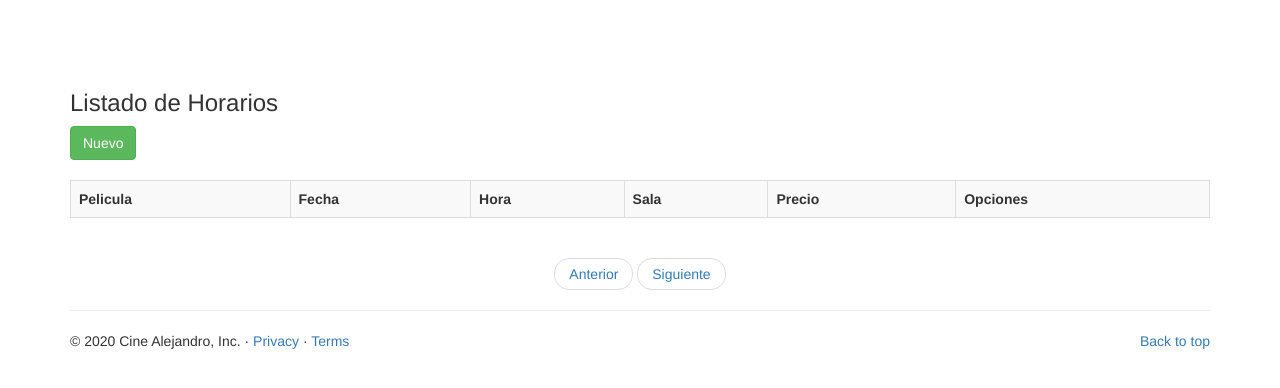
Repository: alejandroBravot/cineSpring
Page: http://localhost/cineapp/WEB-INF/views/horarios/listHorarios.jsp
The author's editor kept a copy of each file at every save. The page is drawn from the files as they stood at one save, then again after the next save.
The browser window is 1280 px wide. The pictures show the whole page.
The page is served by Tomcat 9. Nobody is signed in. Other server files are loaded and not shown. The template is opened directly, without the code that normally fills it, so the values that code supplies are empty.

Above is the page before, as saved 2020-03-30 17:27:59.

### cineapp/webapp/WEB-INF/views/horarios/listHorarios.jsp
<%@ page language="java" contentType="text/html; charset=ISO-8859-1"
	pageEncoding="ISO-8859-1"%>
<%@taglib uri="http://java.sun.com/jsp/jstl/core" prefix="c"%>
<%@taglib uri="http://java.sun.com/jsp/jstl/fmt" prefix="fmt"%>
<%@taglib uri="http://www.springframework.org/tags" prefix="spring"%>
<%@taglib uri="http://www.springframework.org/tags/form" prefix="form"%>
<!DOCTYPE html>
<html lang="en">
  <head>
    <meta charset="utf-8">
    <meta http-equiv="X-UA-Compatible" content="IE=edge">
    <meta name="viewport" content="width=device-width, initial-scale=1">
    <meta name="description" content="">
    <meta name="author" content="">
    <title>Listado de Horarios</title>
    <spring:url value="/resources" var="urlPublic"></spring:url>
    <spring:url value="/horarios" var="urlHorarios"/>
    <link href="${urlPublic}/bootstrap/css/bootstrap.min.css" rel="stylesheet">
    <link href="${urlPublic}/bootstrap/css/theme.css" rel="stylesheet">

  </head>

  <body>

  	<jsp:include page=""></jsp:include>

    <div class="container theme-showcase" role="main">

      <h3>Listado de Horarios</h3>

      <a href="${urlHorarios}/create" class="btn btn-success" role="button" title="Nueva Horario" >Nuevo</a><br><br>

      <div class="table-responsive">
        <table class="table table-hover table-striped table-bordered">
            <tr>
                <th>Pelicula</th>
                <th>Fecha</th>
                <th>Hora</th>
                <th>Sala</th>
                <th>Precio</th>
                <th>Opciones</th>
            </tr>
         	<c:forEach var="horario" items="${horarios.content}">
					<tr>
						<td>${horario.pelicula.titulo}</td>
						<td><fmt:formatDate pattern="dd-MM-yyyy" value="${horario.fecha}" /></td>
						<td>${horario.hora}</td>
						<td>${horario.sala} </td>
						<td>$${horario.precio}</td>
						<td>
							<a href="${urlHorarios}/edit/${horario.id}" class="btn btn-success btn-sm" role="button" title="Edit"><span class="glyphicon glyphicon-pencil"></span></a>
							<a href="${urlHorarios}/delete/${horario.id}" onclick='return confirm("¿Estas seguro?")' class="btn btn-danger btn-sm" role="button" title="Eliminar"><span class="glyphicon glyphicon-trash"></span></a>
						</td>
					</tr>
			</c:forEach>
        </table>
      </div>
      <nav aria-label="">
		  <ul class="pager">
		    <li><a href="${urlHorarios}/indexPaginate?page=${horarios.number - 1 }">Anterior</a></li>
		    <li><a href="${urlHorarios}/indexPaginate?page=${horarios.number + 1 }">Siguiente</a></li>
		  </ul>
		</nav>
      <hr class="featurette-divider">

      <jsp:include page="../includes/footer.jsp"></jsp:include>

    </div> <!-- /container -->

    <!-- Bootstrap core JavaScript
    ================================================== -->
    <!-- Placed at the end of the document so the pages load faster -->
    <script src="https://ajax.googleapis.com/ajax/libs/jquery/1.12.4/jquery.min.js"></script>
    <script src="${urlPublic}/bootstrap/js/bootstrap.min.js"></script>

  </body>
</html>

### cineapp/webapp/WEB-INF/views/includes/footer.jsp
	<!-- FOOTER -->
		<footer>
			<p class="pull-right">
				<a href="#">Back to top</a>
			</p>
			<p>
				&copy; 2020 Cine Alejandro, Inc. &middot; <a href="#">Privacy</a>
				&middot; <a href="#">Terms</a>
			</p>
		</footer>

### cineapp/webapp/WEB-INF/views/includes/menu.jsp
<%@ page language="java" contentType="text/html; charset=ISO-8859-1"
	pageEncoding="ISO-8859-1"%>
<%@taglib uri="http://java.sun.com/jsp/jstl/core" prefix="c"%>
<%@taglib uri="http://java.sun.com/jsp/jstl/fmt" prefix="fmt"%>
<%@taglib uri="http://www.springframework.org/tags" prefix="spring"%>
<!-- -----------------------MENU---------------------------------------------- -->
	<spring:url value="/" var="urlRoot"/>
	<nav class="navbar navbar-inverse navbar-fixed-top">
		<div class="container">
			<div class="navbar-header">
				<button type="button" class="navbar-toggle collapsed"
					data-toggle="collapse" data-target="#navbar" aria-expanded="false"
					aria-controls="navbar">
					<span class="sr-only">Toggle navigation</span> <span
						class="icon-bar"></span> <span class="icon-bar"></span> <span
						class="icon-bar"></span>
				</button>
				<a class="navbar-brand" href="${urlRoot}">Cine Alejandro</a>
			</div>
			<div id="navbar" class="navbar-collapse collapse">
				<ul class="nav navbar-nav">
					<li><a href="${urlRoot}peliculas/index">Peliculas</a></li>
					<li><a href="${urlRoot}banners/index">Banners</a></li>
					<li><a href="${urlRoot}acerca">Acerca</a></li>
					<li><a href="${urlRoot}horarios/create">Horarios</a></li>
					<li><a href="${urlRoot}noticias/create">Noticias</a></li>
					<li><a href="#">Login</a></li>
				</ul>
			</div>
			<!--/.nav-collapse -->
		</div>
	</nav>

Loaded but not shown: cineapp/webapp/resources/bootstrap/css/bootstrap.min.css (library); cineapp/webapp/resources/bootstrap/css/theme.css (common file); cineapp/webapp/resources/bootstrap/js/bootstrap.min.js (library)

After the next save:
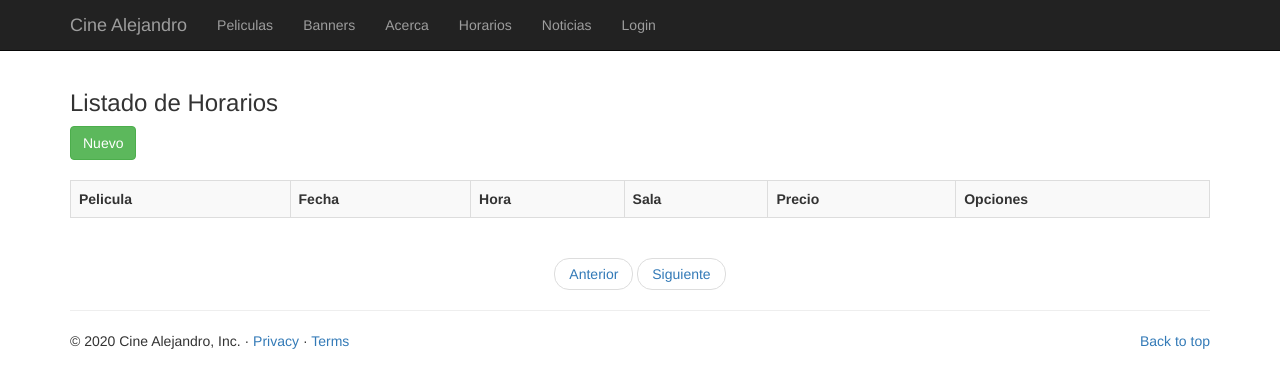
Saved 14 s later.
--- a/cineapp/webapp/WEB-INF/views/horarios/listHorarios.jsp
+++ b/cineapp/webapp/WEB-INF/views/horarios/listHorarios.jsp
@@ -22,7 +22,7 @@
 
   <body>
 
-  	<jsp:include page=""></jsp:include>
+  	<jsp:include page="../includes/menu.jsp"></jsp:include>
 
     <div class="container theme-showcase" role="main">
 
